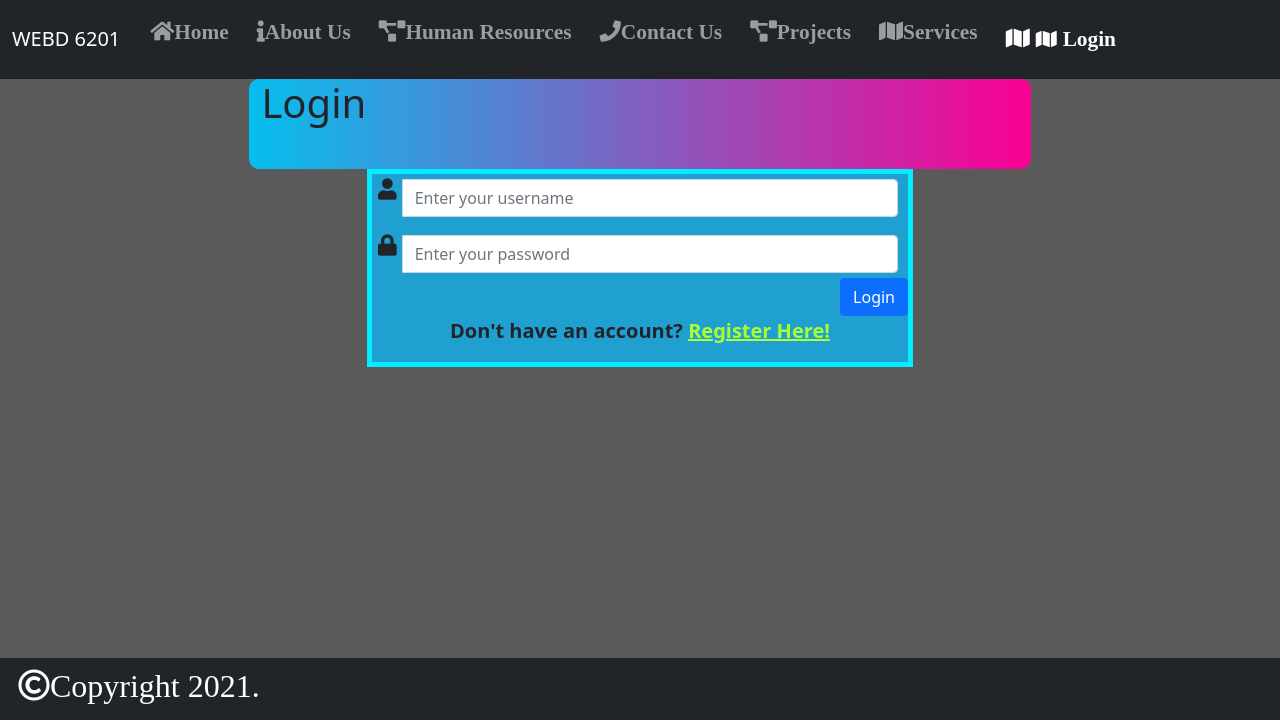
Repository: vans12345678/WEBD6201-W2021-Lab2
Page: login.html
These files come from the project's save history. The page is drawn as it stood at one moment and after the next save; the edit follows.
The browser window is 1280 px wide. The pictures show the whole page.

Above is the page before, as saved 2021-02-25 19:38:37.

### login.html
<!DOCTYPE html>
<html lang="en">
<head>
    <meta charset="UTF-8">
    <meta name="viewport" content="width=device-width, initial-scale=1.0">
    <title>Login</title>
    <!-- CSS Section -->
    <link rel="stylesheet" href="./node_modules/bootstrap/dist/css/bootstrap.min.css">
    <link rel="stylesheet" href="./node_modules/@fortawesome/fontawesome-free/css/all.min.css">
    <link rel="stylesheet" href="./Content/app.css">
</head>
<body>
    <!-- Main Header -->
    <header>
        <!-- Main Navigation -->
        <nav class="navbar navbar-expand-lg navbar-dark bg-dark">
            <div class="container-fluid">
                <a id ="navHome" class="navbar-brand" href="index.html"></a>
                <button class="navbar-toggler" type="button" data-bs-toggle="collapse" data-bs-target="#navbarSupportedContent" aria-controls="navbarSupportedContent" aria-expanded="false" aria-label="Toggle navigation">
                  <span class="navbar-toggler-icon"></span>
                </button>
                <div class="collapse navbar-collapse" id="navbarSupportedContent">
                  <ul id = "ulNav" class="navbar-nav me-auto mb-2 mb-lg-0">
                    <li class="nav-item">
                      <a  class="nav-link" aria-current="page" href="index.html"><i id ="navIndex"class = "fas fa-home fa-lg"></i></a>
                    </li>
                    <li class="nav-item" id ="navAbout">
                      <a  class="nav-link " aria-current="page" href="about.html"><i id ="navAboutItem"class = "fas fa-info fa-lg"></i></a>
                    </li>
                    <li class="nav-item">
                      <a  class="nav-link " aria-current="page" href="contact.html"><i id ="navContact"class = "fas fa-phone fa-lg"></i></a>
                    </li>
                    <li class="nav-item">
                      <a  class="nav-link" aria-current="page" href="projects.html"><i id ="navProjects" class ="fas fa-project-diagram fa-lg">Products</i></a>
                    </li>
                    <li class="nav-item">
                      <a  class="nav-link " aria-current="page" href="services.html"><i id ="navServices"class = "fas fa-map fa-lg"></i></a>
                    </li>
                    <li class="nav-item" >
                      <a  class="nav-link active" aria-current="page" href="login.html"><i class = "fas fa-map fa-lg" id ="navLogin"></i></a>
                    </li>
                  </ul>
                </div>
              </div>
          </nav>
    </header>

    <!-- Main Content -->
    <main class="container" id="mainContent">
        <h1 class = "container">Login</h1>
      <div class="row">
          <div class="offset-md-3 col-md-6 col-sm-12">
                <div class="login" id="contentArea"></div>
                    <div id = "messageArea" class = "hidden"></div>
                    <form class = "fromBackground" id="loginForm" novalidate>
                      <div class="form-group mb-2">
                        <div class="input-group">
                          <span class="input-group-addon">
                            <i class="fa fa-user fa-lg">
                            </i>
                          </span>
                          <input type="text" class="form-control inputMargin" id="username" name="username"  required
                          value="" placeholder="Enter your username">
                        </div>
                      </div>
                      <div class="form-group">
                        <div class="input-group">
                          <span class="input-group-addon">
                            <i class="fa fa-lock fa-lg">
                            </i>
                          </span>
                          <input type="password" class="form-control inputMargin" id="password" name="password"  required
                          value="" placeholder="Enter your password">
                        </div>
                      </div>
                      <div class="text-end">
                        <button id="loginButton" type="button" class="btn btn-primary btn-md">Login</button>
                      </div>
                      <p class="text-center fs-5 fw-bold">
                        Don't have an account?
                        <a href="register.html">Register Here!</a>
                    </p>
                    </form>
                </div>

          </div>
      </div>
  </main>

    <!-- Main Footer -->
    <footer>
        <nav class="navbar fixed-bottom navbar-dark bg-dark">
            <div class="container-fluid">
                <h4><i id = "footer" class="far fa-copyright fa-lg site-footer"></i></h4>
            </div>
          </nav>
    </footer>
    <!-- Script Section -->
    <script src="./node_modules/jquery/dist/jquery.min.js"></script>
    <script src="./node_modules/bootstrap/dist/js/bootstrap.bundle.min.js"></script>
    <script src="./Scripts/namespace.js"></script>
    <script src="./Scripts/user.js"></script>
    <script src="./Scripts/app.js"></script>
</body>
</html>

### Content/app.css
/* custom css goes here */
.Vapor {
    background-image: url('../images/vapor.jpg');
    background-repeat: no-repeat;
    background-attachment: fixed;
    background-size: 100% 100%;
  }
  a {
    color: greenyellow;
  }
  .textFont
  {
    font-family: Arial, Helvetica, sans-serif;
    line-height: 32px;
  }
  body
  {
    background-color: rgb(90, 90, 90);
  }
  h1.container{
    border-radius: 10px;
    width: 70%;
    height: 90px;
    margin: 0px auto;
    background: linear-gradient(90deg,#06bfee,#fb0093)
  }
  h1.projects{
    background-color: white;
  }
  .contact-table{
    width: 100%;
    margin:  50px auto;
    background-color: white;
  }
  .contact-form
  {
    width: 100%;
    margin:  100px auto;
  }
  .warnMessage
  {
    width: 90%;
    margin:  50px;
  }
  .site-footer {
    color:white;
  }
  .formMargin
  {
    margin: 35px 70px;
  }
  .inputMargin
  {
    margin: 5px 10px;
  }
  .fromBackground
  {
    background-color: rgba(20, 174, 235, 0.822);
    border: 5px solid rgb(0, 238, 255);

  }
  i{
    margin:7px 6px;
  }

### Scripts/namespace.js
//Namespace core
let core;

### Scripts/user.js
"use strict";
// User Class

((core)=>
{
  class User {
    // getters and setters
    get DisplayName()
    {
      return this.m_displayName;
    }

    set DisplayName(value)
    {
      this.m_displayName = value;
    }

    get EmailAddress()
    {
      return this.m_emailAddress;
    }

    set EmailAddress(value)
    {
      this.m_emailAddress = value;
    }

    get Username()
    {
      return this.m_username;
    }

    set Username(value)
    {
      this.m_username = value;
    }
    get Password()
    {
      return this.m_password;
    }

    set Password(value)
    {
      this.m_password = value;
    }

    // constructor
    /**
     * Creates an instance of user
     * @param {string} displayName
     * @param {string} emailAddress
     * @param {string} username
     * @param {string} password
     */
    constructor(displayName = "", emailAddress = "", username = "", password = "")
    {
      this.DisplayName = displayName;
      this.EmailAddress = emailAddress;
      this.Username = username;
      this.Password = password;

    }

    // methods

    /**
     * This method overrides the built-in toString method for the User class
     *
     * @returns {string}
     */
    toString()
    {
      return `Display Name     : ${this.DisplayName}\nEmail Address : ${this.EmailAddress}\nUser Name : ${this.Username}`;
    }

    /**
     * This method returns a JSON object made up of the properties of the User class
     *
     * @returns {Object}
     */
    toJSON()
    {
      return {
        "DisplayName": this.DisplayName,
        "EmailAddress": this.EmailAddress,
        "Username":this.Username
      }
    }

    /**
     * This method takes a JSON data object and assigns the value to the User class properties
     *
     * @param {Object} data
     */
    fromJSON(data)
    {
      this.DisplayName = data.DisplayName;
      this.EmailAddress = data.EmailAddress;
      this.Username = data.Username;
      this.Password = data.Password;
    }

    /**
     * This method converts the User into a comma-separated value string
     *
     * @returns {string}
     */
    serialize()
    {
      if(this.DisplayName !== "" && this.EmailAddress !== "" && this.Username !== "")
      {
        return `${this.DisplayName},${this.EmailAddress},${this.Username}`;
      }
      else
      {
        console.error("One or more properties of the User is empty");
        return null;
      }
    }

    /**
     * This method takes a comma-separated data string and assigns the values to the User class properties
     *
     * @param {string} data
     * @return {void}
     */
    deserialize(data)
    {
      let propertyArray = data.split(",");
      this.DisplayName = propertyArray[0];
      this.EmailAddress = propertyArray[1];
      this.Username = propertyArray[2];
    }
  }

  core.User = User;

})(core || (core={}));

### Scripts/app.js
/************************************************************
 * Name: Andre Agrippa, Michai Pryce
 * Date: 01/20/2021
 * Description: This file adds functionality to the Home,
 * About Us, Human Resources, Contact Us, Projects and Services
 * pages.
 * Date Completed:
 */

"use strict";


(function(){

    /**
     * Display Nav bar function to display nav and footer
     */
    function DisplayNav()
    {
        let navTextElement = document.getElementById("navHome").textContent = "WEBD 6201";
        navTextElement = document.getElementById("navIndex").textContent = "Home";
        navTextElement = document.getElementById("navAboutItem").textContent = "About Us";

        let navAboutElement = document.getElementById("navAbout");
        let hrListItem = document.createElement("li");
        hrListItem.setAttribute("id", "liHumanResources");
        hrListItem.setAttribute("class", "nav-item");
        let navbar = document.getElementById("ulNav").appendChild(hrListItem);
        hrListItem.innerHTML = `<a class="nav-link" aria-current="page" href="human-resources.html">
        <i id ="navHumanResources" class ="fas fa-project-diagram fa-lg">Human Resources</i></a>`;
        if(document.title === "Human Resources"){
            hrListItem.innerHTML = `<a class="nav-link active" aria-current="page" href="human-resources.html">
            <i id ="navHumanResources" class ="fas fa-project-diagram fa-lg">Human Resources</i></a>`;
        }

        navAboutElement.after(hrListItem);

        navTextElement = document.getElementById("navContact").textContent = "Contact Us";
        navTextElement = document.getElementById("navProjects").textContent = "Projects";
        navTextElement = document.getElementById("navServices").textContent = "Services";
        navTextElement = document.getElementById("navLogin").innerHTML = `<i class = "fas fa-map fa-sm"></i>Login`;
        navTextElement = document.getElementById("footer").textContent = "Copyright 2021.";
    }

    /**
     * Display home to display index page
     */
    function displayHome()
    {
        DisplayNav();
        let introText = "This is a simple site to demonstrate the about, contact, human resources, projects and services requirements for Lab 1 WEBD 6201 - Client Side Scripting";
        let titleText = "Welcome to WEBD 6201";

        let introTextElement = document.getElementById("indexTitle").textContent = titleText;
        introTextElement = document.getElementById("indexParagraph").textContent = introText;

    }
    /**
     * Display about to display about the creators
     */
    function displayAbout()
    {
        DisplayNav();

        //About Andre
        let aboutElement = document.getElementById("aboutTitle").textContent = "About Us";
        aboutElement = document.getElementById("aboutAText");
        aboutElement.innerHTML = `<h1>Andre Agrippa:</h1>
        <p class = "">I'm a 2nd year student at Durham College in the Computer Programming and Analysis program. I've been
        coding for several years now because I enjoy it and always looking to improve in this aspect.</p>
        <a class = "fa-lg" href="./resumes/andre_resume.pdf" download>Resume Download</a></br></br>
        <img src="./images/aa.jpg" alt="" style="width:500px;height:450px;">`;

        //About Michai
        aboutElement.innerHTML += `<h1>Michai Pryce:</h1>
        <p class = ""> Hello, I am in my final year in the Computer Programming Program at Durham College. I love
        to code and learn about the evergrowing advancements in technology. This is the demonstration for our first lab!
        </p>
        <a class = "fa-lg" href="./resumes/Copy_of_Resume.docx" download>Resume Download</a></br></br>
        <img src="./images/m.jpg" alt="" style="width:500px;height:450px;">`;

    }
    /**
     * Display top 3 projects page
     */
    function displayProjects()
    {
        DisplayNav();

        //Projects 1
        let projectsElement = document.getElementById("projectsTitle").textContent = "Projects";
        projectsElement = document.getElementById("projectsText").innerHTML =
        `<h3>Project One: COBOL Item List</h3>
        <p>This project reads records from a .dat file, performs calculations on the data then outputs it to a .out file neatly formatted.</p>
        <img src="./images/p1.png" alt="" style="width:800px;height:500px;">`;

        //Projects 2
        projectsElement = document.getElementById("projectsText").innerHTML +=
        `<h3>Project Two: C#, XAML, MDF  Preferred Shares and Common Shares</h3>
        <p>This project uses XAML for the windows form and a database to keep track of common and preferred shares.
        The database keeps track of how many shares(common/preferred) are  available and validation is applied.</p>
        <img src="./images/p2.png" alt="" style="width:800px;height:500px;">`;

        //Projects 3
        projectsElement = document.getElementById("projectsText").innerHTML +=
        `<h3>Project Three: ASP.NET and MVC Framework Animal Shelter</h3>
        <p>This project is a web application that keeps track of animals, owners, appointment and login info in a database.
        Relational database concepts are applied.</p>
        <img src="./images/p3.png" alt="" style="width:800px;height:500px;">`;

    }
    /**
     * Display top 3 services page
     */
    function displayServices()
    {
        DisplayNav();

        //Services 1
        let servicesElement = document.getElementById("servicesTitle").textContent = "Services";
        servicesElement = document.getElementById("servicesText").innerHTML =
        `<h3>Web Development:</h3>
        <p>We offer a variety of different web development (Front-end, Back-end, Databases). Languages (PHP, ASP.NET, JavaScript)</p>
        <img src="./images/s1.jpg" alt="" style="width:800px;height:500px;">`;

        //Services 2
        servicesElement = document.getElementById("servicesText").innerHTML +=
        `<h3>OOP Programming</h3>
        <p>We offer a variety of different Object Oriented Programming. We're experienced with C#, C++, Java etc.
        Whether it be windows forms applications, console applications GUI, etc.</p>
        <img src="./images/s2.png" alt="" style="width:800px;height:500px;">`;

        //Services 3
        servicesElement = document.getElementById("servicesText").innerHTML +=
        `<h3>Database Management System</h3>
        <p>It's been almost 3 years since we've had experience in database development. We've used software such as
        Microsoft SQL Server and PgAdmin4. Experienced with relational database concepts.</p>
        <img src="./images/s3.jpg" alt="" style="width:800px;height:500px;">`;


    }
    /**
     * Display contact form page
     */
    function displayContact()
    {
        DisplayNav();

        let messageArea = document.getElementById("messageArea");
        messageArea.hidden = true;

        //form validation
        let fullName = document.getElementById("fullName");
        fullName.addEventListener("blur", function()
        {
            if(fullName.value.length < 2)
            {
                fullName.focus();
                fullName.select();
                messageArea.hidden = false;
                messageArea.className = "alert alert-danger  ";
                messageArea.textContent = "Please enter an appropriate name > 2 characters";
            }
            else
            {
                messageArea.removeAttribute("class");
                messageArea.hidden = true;
            }
        });
            let sendButton = document.getElementById("sendButton");
            sendButton.addEventListener("click", function(event)
            {
                event.preventDefault();
                // //Displays twice?

                let contact = new Contact(fullName.value,contactNumber.value, emailAddress.value, shortMessage.value);

                console.log(contact.serialize());
                if(contact.serialize())
                {
                    localStorage.setItem((localStorage.length + 1).toString(),contact.serialize());

                    window.location.href = "index.html";
                }

            });

    }
    /**
     * Human resources page
     */
    function displayHumanResources()
    {
        DisplayNav();
    }
    function displayLogin()
    {
        DisplayNav();
        let messageArea = document.getElementById("messageArea");
        $("#loginButton").on("click", function ()
        {
            let username = $("#username");
            let password = $("#password");
            let success = false;
            let newUser = new core.User();

            //user ajax to access the json file
            $.get("./Data/users.json", function(data)
            {
                //Check each user in the users.json file (linear search)
                for (const user of data.users) {
                    if(username.val()== user.Username && password.val() == user.Password)
                    {
                        newUser.fromJSON(user);
                        success = true;
                        break;
                    }
                }

                //If username and password matches - success, then login
                if(success)
                {
                    //Add user to session storage
                    sessionStorage.setItem("user", newUser.serialize());

                    //hide any error messages
                    messageArea.hidden = true;

                    //redirect user to secure area (contact list?)
                    location.href = "index.html";
                }
                else
                {
                    //display error message
                    username.trigger("focus").trigger("select");
                    messageArea.hidden = false;
                    messageArea.className = "alert alert-danger text-center";
                    messageArea.textContent = "Error: Invalid login information";
                    //messageArea.show().addClass("alert alert-danger").text("Error: Invalid login information");
                }
            });
        });
    }
    function displayRegister()
    {
        DisplayNav();
    }

    function toggleLogin()
    {
        //if the user is logged in
        if(sessionStorage.getItem("user"))
        {
            //change login to logout
            $("#navLogin").html(
                `<a id="navLogout" class="nav-link" aria-current="page" href="#"><i class="fas fa-sign-out-alt"></i> Logout</a>`
            );

            //Add functionality to logout button
            $("#navLogout").on("click", function()
            {
                //terminate session
                sessionStorage.clear();

                //redirect back to login page
                location.href = "login.html";
            });

        }
    }

    /**
     * Start function, depending on document title will load specific page
     */
    function Start()
    {
        console.log("App Started...");

        //Based of title of html
        switch(document.title)
        {
            case "Index":
                displayHome();
                break;
            case "About Us":
                displayAbout();
                break;
            case "Projects":
                displayProjects();
                break;
            case "Services":
                displayServices();
                break;
            case "Contact Us":
                displayContact();
                break;
            case "Contact-List":
                displayContactList();
                break;
            case "Human Resources":
                displayHumanResources();
                break;
            case "Login":
                displayLogin();
                break;
            case "Register":
                displayRegister();
                break;
        }

        toggleLogin();

    }

    window.addEventListener("load", Start);

    core.Start = Start;

})(core || (core={}));

Loaded but not shown: node_modules/bootstrap/dist/css/bootstrap.min.css (library); node_modules/@fortawesome/fontawesome-free/css/all.min.css (library); node_modules/jquery/dist/jquery.min.js (library); node_modules/bootstrap/dist/js/bootstrap.bundle.min.js (library)

After the next save:
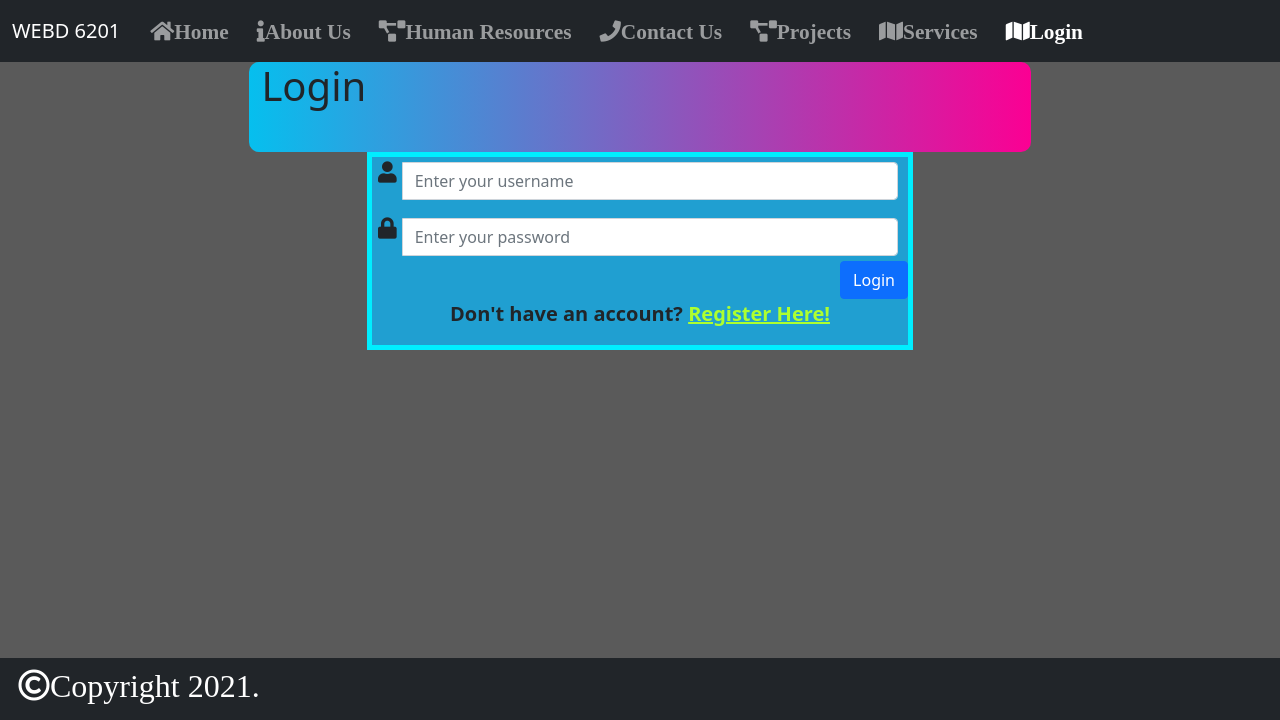
Saved 15 s later.
--- a/Scripts/app.js
+++ b/Scripts/app.js
@@ -38,7 +38,7 @@
         navTextElement = document.getElementById("navContact").textContent = "Contact Us";
         navTextElement = document.getElementById("navProjects").textContent = "Projects";
         navTextElement = document.getElementById("navServices").textContent = "Services";
-        navTextElement = document.getElementById("navLogin").innerHTML = `<i class = "fas fa-map fa-sm"></i>Login`;
+        navTextElement = document.getElementById("navLogin").innerHTML = `Login`;
         navTextElement = document.getElementById("footer").textContent = "Copyright 2021.";
     }
 
